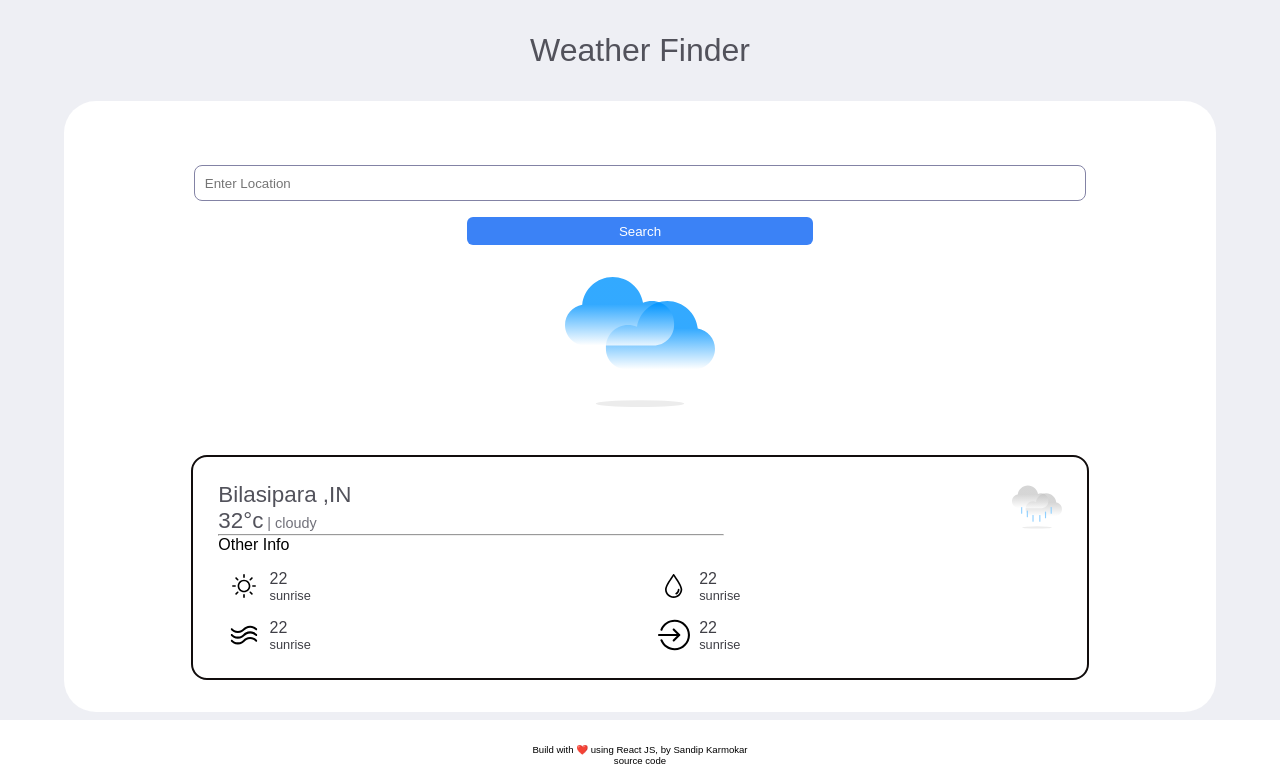
Repository: sandipkarmokar/weather-app
Page: /
An editor plug-in stored every save of this project. The page is shown before and after the next save, followed by the edit.
The browser window is 1280 px wide. The pictures show the whole page.
The project was rebuilt for these pictures with package versions that can differ from the ones it lists, and the page was loaded fresh each time.

Above is the page before, as saved 2022-04-12 17:32:52.

### src/App.js
import { useState, useEffect } from 'react';
import './App.css';
import WeatherForm from './components/WeatherForm';
import WeatherInfoShow from './components/WeatherInfoShow';

export const WeatherIcons = {
    '01d': '../icons/sunny.svg',
    '01n': '../icons/night.svg',
    '02d': '../icons/day.svg',
    '02n': '../icons/cloudy-night.svg',
    '03d': '../icons/cloudy.svg',
    '03n': '../icons/cloudy.svg',
    '04d': '../icons/perfect-day.svg',
    '04n': '../icons/cloudy-night.svg',
    '09d': '../icons/rain.svg',
    '09n': '../icons/rain-night.svg',
    '10d': '../icons/rain.svg',
    '10n': '../icons/rain-night.svg',
    '11d': '../icons/storm.svg',
    '11n': '../icons/storm.svg',
};

function App() {
    const [city, setCity] = useState('');
    const [weatherData, setWeatherData] = useState([]);

    console.log(weatherData);
    const url = `https://api.openweathermap.org/data/2.5/weather?q=${city}&appid=390f3fd7515cacb5596ae4765de92a6d`;

    const fetchData = async (e) => {
        e.preventDefault();
        try {
            const response = await fetch(url);
            const data = await response.json();

            setWeatherData(data);
            console.log('data fetched');
        } catch (error) {
            console.log(error);
        }
    };

    return (
        <div className="app">
            <div className="heading">
                <p>Weather Finder</p>
            </div>
            <div className="app-container">
                <WeatherForm
                    city={city}
                    setCity={setCity}
                    fetchData={fetchData}
                ></WeatherForm>

                {/* {weatherData.length !== 0 && city ? (
                    <WeatherInfoShow
                        weatherData={weatherData}
                    ></WeatherInfoShow>
                ) : (
                    ''
                )} */}
                <WeatherInfoShow weatherData={weatherData}></WeatherInfoShow>
            </div>
            <footer>
                <p>Build with ❤️ using React JS, by Sandip Karmokar</p>
                <p>source code</p>
            </footer>
        </div>
    );
}

export default App;

### src/App.css
* {
    margin: 0;
    padding: 0;
    box-sizing: border-box;
    font-family: Arial, Helvetica, sans-serif;
}

.app {
    background-color: #eeeff4;
    height: 100vh;
}

.app .heading p {
    color: #52525b;
    padding-top: 2rem;
    font-size: 2rem;
    text-align: center;
}

.app .app-container {
    width: 90%;
    margin: 2rem auto;
    background: #ffffff;
    border-radius: 2rem;
    padding: 1rem 0;
}

.app .app-container .weather-form {
    width: 86%;
    margin: 0 auto;
    display: flex;
    flex-direction: column;
}

.app .app-container .weather-form input {
    padding: 0.6rem;
    margin: 1rem auto;
    border: 0.5px solid #8383a5;
    border-radius: 8px;
    width: 90%;
    margin-top: 3rem;
}
.app .app-container .weather-form button {
    width: 35%;
    margin: 0 auto;
    padding: 0.4rem;
    background-color: #3b82f6;
    color: #ffffff;
    border: none;
    border-radius: 6px;
    cursor: pointer;
}
.app .app-container .weather-form img {
    width: 150px;

    margin: 2rem auto;
}

.app .app-container .weather-info-show {
    background-color: #ffffff;
    width: 78%;
    border: 2px solid rgb(17, 13, 13);
    margin: 1rem auto;
    border-radius: 1rem;
    padding: 1.6rem;
}
.app .app-container .weather-info-show .main-info {
    display: flex;
    justify-content: space-between;
}

.app .app-container .weather-info-show .main-info img {
    width: 50px;
    height: 50px;
}
.app .app-container .weather-info-show .main-info .info .location {
    font-size: 1.4rem;
    color: #52525b;
}
.app .app-container .weather-info-show .main-info .info .data {
    font-size: 0.9rem;
    color: #71717a;
}
.app .app-container .weather-info-show .main-info .info .data .large {
    font-size: 1.4rem;
    color: #52525b;
}

.app .app-container .weather-info-show hr {
    width: 60%;
}

.app .app-container .weather-info-show .other-info {
    display: flex;
    flex-direction: column;
}
.app .app-container .weather-info-show .other-info .other-info-data {
    display: grid;

    grid-template-columns: 1fr 1fr;
    grid-template-rows: 1fr 1fr;
    gap: 1rem;
    margin-top: 1rem;
}

.app .app-container .weather-info-show .other-info .other-info-data .item {
    display: flex;
}

.app .app-container .weather-info-show .other-info .other-info-data .item img {
    height: 32px;
    width: 32px;
    margin: 0 0.6rem;
}

.app
    .app-container
    .weather-info-show
    .other-info
    .other-info-data
    .item
    .sub-info {
    display: flex;
    flex-direction: column;
}

.app
    .app-container
    .weather-info-show
    .other-info
    .other-info-data
    .item
    .sub-info
    .data {
    color: #3f3f46;
}
.app
    .app-container
    .weather-info-show
    .other-info
    .other-info-data
    .item
    .sub-info
    .sub-info-title {
    color: #3f3f46;
    font-size: 0.8rem;
}

.app footer p {
    text-align: center;
    font-size: 0.6rem;
}

### src/components/WeatherForm.js
import React from 'react';
import mainImage from '../icons/perfect-day.svg';

const WeatherForm = ({ city, setCity, fetchData }) => {
    return (
        <div className="weather-form">
            <input
                type="text"
                placeholder="Enter Location"
                value={city}
                onChange={(e) => setCity(e.target.value)}
            />
            <button onClick={fetchData}>Search</button>
            <img src={mainImage} alt="" />
        </div>
    );
};

export default WeatherForm;

### src/components/WeatherInfoShow.js
import React from 'react';
import imagex from '../icons/cloudy.svg';
import { WeatherIcons } from '../App';

import sunset from '../icons/temp.svg';
import sunrise from '../icons/temp.svg';
import humidity from '../icons/humidity.svg';
import wind from '../icons/wind.svg';
import pressure from '../icons/pressure.svg';

// export default const WeatherInfoIcons = {
// sunset: '../icons/temp.svg',
// sunrise: '../icons/temp.svg',
// humidity: '../icons/humidity.svg',
// wind: '../icons/wind.svg',
// pressure: '../icons/pressure.svg',
// };

const WeatherInfoShow = ({ weatherData }) => {
    return (
        <div className="weather-info-show">
            <div className="main-info">
                <div className="info">
                    <div className="location">Bilasipara ,IN</div>
                    <div className="data">
                        <span className="large">32°c</span> | cloudy
                    </div>
                </div>

                {/* <img src={WeatherIcons['04d']} alt="" /> */}
                <img src={imagex} alt="" />
            </div>
            <hr className="line" />
            <div className="other-info">
                <p>Other Info</p>
                <div className="other-info-data">
                    <div className="item">
                        <img src={sunrise} alt="" />
                        <div className="sub-info">
                            <p className="data">22</p>
                            <p className="sub-info-title">sunrise</p>
                        </div>
                    </div>
                    <div className="item">
                        <img src={humidity} alt="" />
                        <div className="sub-info">
                            <p className="data">22</p>
                            <p className="sub-info-title">sunrise</p>
                        </div>
                    </div>
                    <div className="item">
                        <img src={wind} alt="" />
                        <div className="sub-info">
                            <p className="data">22</p>
                            <p className="sub-info-title">sunrise</p>
                        </div>
                    </div>
                    <div className="item">
                        <img src={pressure} alt="" />
                        <div className="sub-info">
                            <p className="data">22</p>
                            <p className="sub-info-title">sunrise</p>
                        </div>
                    </div>
                </div>
            </div>
        </div>
    );
};

export default WeatherInfoShow;

Loaded but not shown: public/index.html (common file); src/index.js (common file); src/index.css (common file); src/reportWebVitals.js (common file)

After the next save:
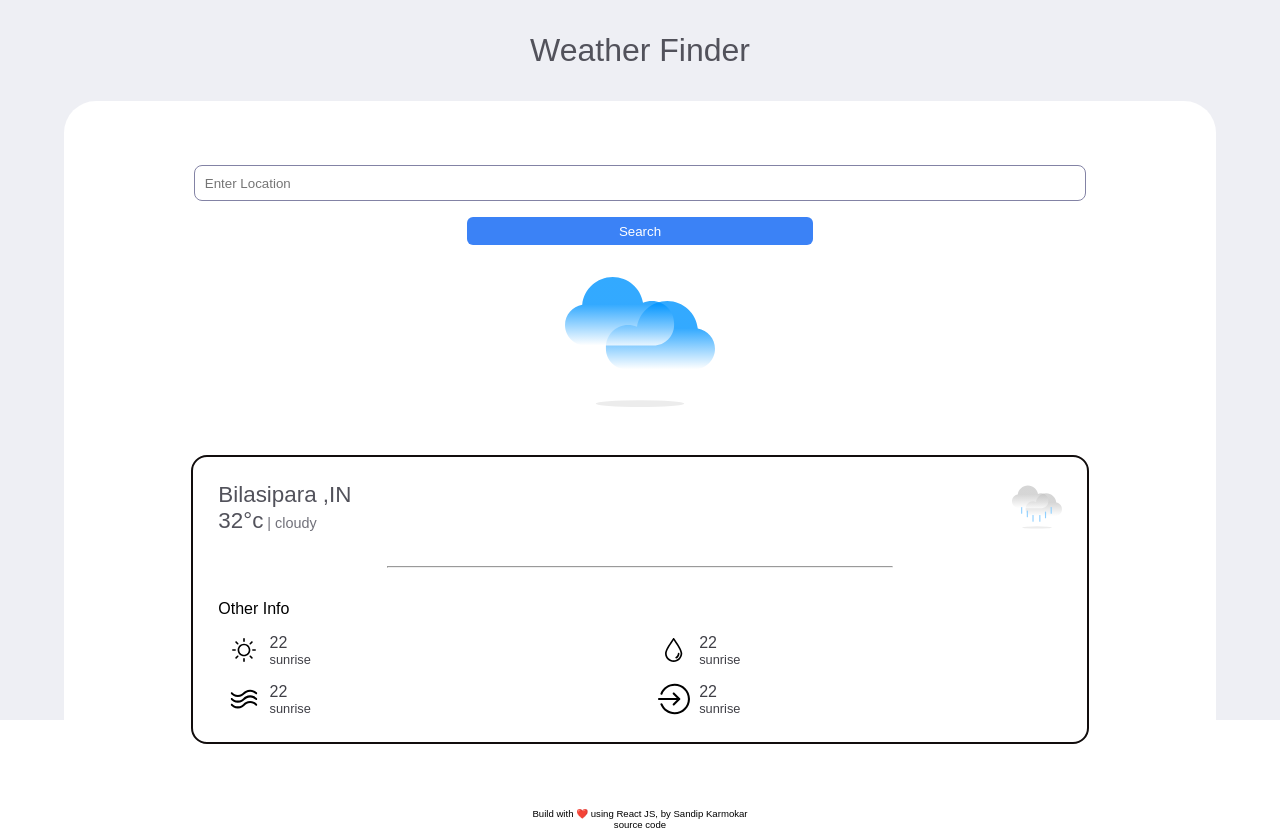
Saved 8 s later.
--- a/src/App.css
+++ b/src/App.css
@@ -88,6 +88,7 @@
 
 .app .app-container .weather-info-show hr {
     width: 60%;
+    margin: 2rem auto;
 }
 
 .app .app-container .weather-info-show .other-info {
